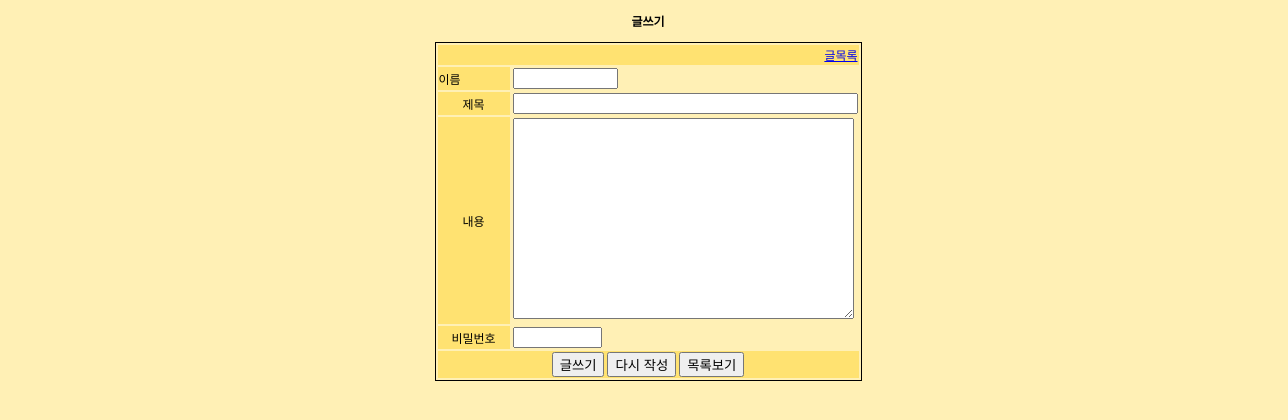
Repository: matodale/StudyJSP
Page: http://localhost/StudyJSP/ch13/writeForm.jsp
An editor plug-in stored every save of this project. The page is shown before and after the next save, followed by the edit.
The browser window is 1280 px wide. The page is 1288 px wide, so the pictures cover 1288 px, including what lies to the right of the window. The pictures show the whole page.
The page is served by Tomcat 9. Other server files are loaded and not shown.

Above is the page before, as saved 2022-12-24 01:44:33.

### StudyJSP/src/main/webapp/ch13/writeForm.jsp
<%@ page language="java" contentType="text/html; charset=UTF-8"
    pageEncoding="UTF-8"%>
<%@ include file="js/color.jspf" %>
<!DOCTYPE html>
<html>
<head>
<meta charset="UTF-8">
<title>게시판</title>
<link href="css/style.css" rel="stylesheet" type="text/css">
<script type="text/javascript" src="js/script.js"></script>
</head>
<body bgcolor="<%=bodyback_c%>">
<%
	int num = 0, ref = 1, re_step = 0, re_level = 0;
	String strV = "";
	try{
		if(request.getParameter("num")!=null){
			num = Integer.parseInt(request.getParameter("num"));
			ref = Integer.parseInt(request.getParameter("ref"));
			re_step = Integer.parseInt(request.getParameter("re_step"));
			re_level = Integer.parseInt(request.getParameter("re_level"));
		}
%>
	<div class="textname1">
		<p>글쓰기</p>
	</div>
	<form method="post" name="writeform" action="writePro.jsp" onsubmit="return writeSave()">
		<input type="hidden" name="num" value="<%=num %>">
		<input type="hidden" name="ref" value="<%=ref %>">
		<input type="hidden" name="re_step" value="<%=re_step %>">
		<input type="hidden" name="re_level" value="<%=re_level %>">

		<table style="">
			<tr>
				<td align="right" colspan="2" bgcolor="<%=value_c%>">
					<a href="list.jsp">글목록</a>
				</td>
			</tr>
			<tr>
				<td width="70" bgcolor="<%=value_c%>">이름</td>
				<td width="330" align="left">
					<input type="text" size="10" maxlength="10" name="writer" style="ime-mode:active;">
				</td><!-- active: 한글-->
			</tr>
			<tr>
				<td width="70" bgcolor="<%=value_c%>" align="center">제목</td>
				<td width="330" align="left">
					<%
						if(request.getParameter("num")==null)
							strV = "";
						else
							strV = "[답변]";
					%>
					<input type="text" size="40" maxlength="50"
					name="subject" value="<%=strV%>" style="ime-mode:active;">
				</td>
			</tr>
			<tr>
				<td width="70" bgcolor="<%=value_c%>" align="center">내용</td>
				<td width="330" align="left">
					<textarea name="content" rows="13" cols="40" style="ime-mode:active;">
					</textarea>
				</td>
			</tr>
			<tr>
				<td width="70" bgcolor="<%=value_c%>" align="center">비밀번호</td>
				<td width="330" align="left">
					<input type="password" size="8" maxlength="12" name="passwd" style="ime-mode:inactive;">
				</td>
			</tr>
			<tr>
				<td colspan="2" bgcolor="<%=value_c%>" align="center">
					<input type="submit" value="글쓰기">
					<input type="reset" value="다시 작성">
					<input type="button" value="목록보기" Onclick="window.location=list.jsp">
				</td>
			</tr>
		</table>
	</form>
<%
	}catch(Exception e){}
%>
</body>
</html>

### StudyJSP/src/main/webapp/ch13/js/color.jspf
<%
   String bodyback_c="#FFF0B5";
   String value_c="#FFE271";
%>

### StudyJSP/src/main/webapp/ch13/css/style.css
@charset "UTF-8";

body {
	width:100%;
	font-size: 9pt;
}
form {
	font-size: 9pt;
}

table{
	margin-left: auto; margin-right: auto;
	font-size: 9pt;
	border: 1pt solid black;
}

select {
	font-size: 9pt;
}
.textname1{
	width:100%;
	text-align:center;
	font-weight: 700;
}

### StudyJSP/src/main/webapp/ch13/js/script.js
function writeSave(){
	var writeform = document.writeform;

	if(!writeform.writer.value){
	  alert("작성자를 입력하십시요.");
	  writeform.writer.focus();
	  return false;
	}

	if(!writeform.subject.value){
	  alert("제목을 입력하십시요.");
	  writeform.subject.focus();
	  return false;
	}

	if(!writeform.content.value){
	  alert("내용을 입력하십시요.");
	  writeform.content.focus();
	  return false;
	}

	if(!writeform.passwd.value){
	  alert(" 비밀번호를 입력하십시요.");
	  writeform.passwd.focus();
	  return false;
	}
 };

After the next save:
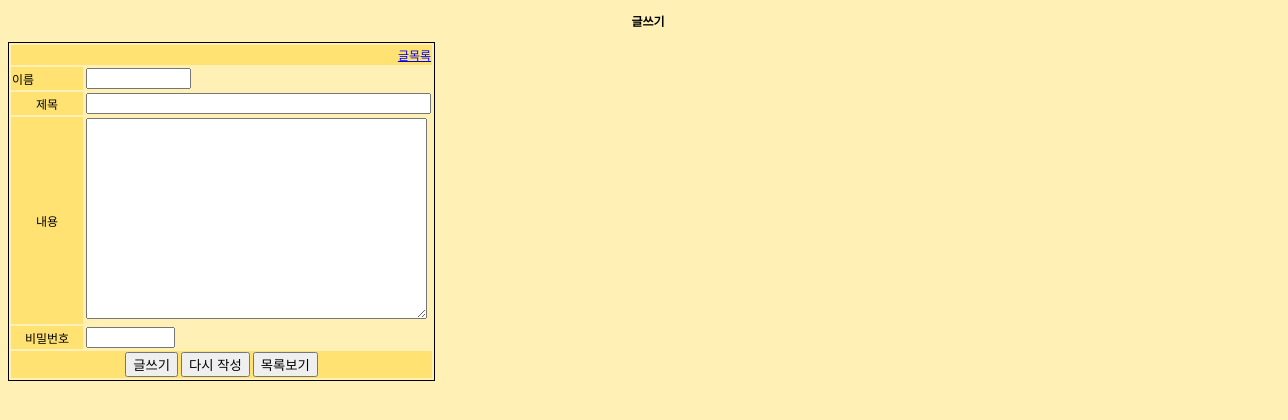
Saved 10 s later.
--- a/StudyJSP/src/main/webapp/ch13/css/style.css
+++ b/StudyJSP/src/main/webapp/ch13/css/style.css
@@ -9,7 +9,7 @@ form {
 }
 
 table{
-	margin-left: auto; margin-right: auto;
+
 	font-size: 9pt;
 	border: 1pt solid black;
 }

After the save that followed:
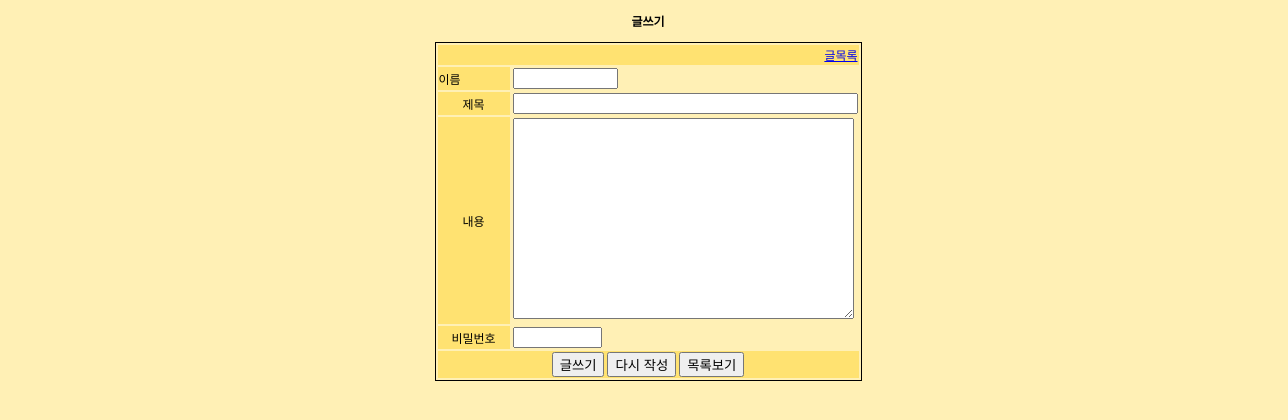
Saved 3 s later.
--- a/StudyJSP/src/main/webapp/ch13/writeForm.jsp
+++ b/StudyJSP/src/main/webapp/ch13/writeForm.jsp
@@ -30,7 +30,7 @@
 		<input type="hidden" name="re_step" value="<%=re_step %>">
 		<input type="hidden" name="re_level" value="<%=re_level %>">
 
-		<table style="">
+		<table style="margin-left: auto; margin-right: auto;">
 			<tr>
 				<td align="right" colspan="2" bgcolor="<%=value_c%>">
 					<a href="list.jsp">글목록</a>
